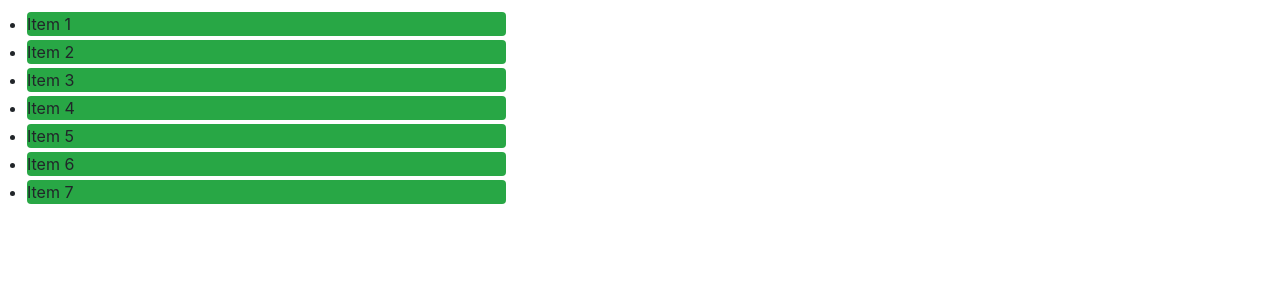
Repository: yatharth-vataliya/the-core-php-js
Page: http://localhost/prac_17.php
The author's editor kept a copy of each file at every save. The page is drawn from the files as they stood at one save, then again after the next save.
The browser window is 1280 px wide. The pictures show the whole page.
Some web libraries are served in a nearby version. The page is run by PHP 8.4 with error messages shown; the project is at /var/www/html/. The database holds what the project's SQL file puts in it.

Above is the page before, as saved 2020-12-26 13:02:57.

### prac_17.php
<?php

require_once("db.php");

$st = $pdo->prepare('SELECT * FROM sort_it ORDER BY order_id ASC');
$st->execute();

$data = $st->fetchAll(PDO::FETCH_OBJ);

?>
<!doctype html>
<html lang="en">
<head>
  <!-- Required meta tags -->
  <meta charset="utf-8">
  <meta name="viewport" content="width=device-width, initial-scale=1, shrink-to-fit=no">

  <!-- Bootstrap CSS -->
  <link rel="stylesheet" href="https://cdn.jsdelivr.net/npm/bootstrap@4.5.3/dist/css/bootstrap.min.css" integrity="sha384-TX8t27EcRE3e/ihU7zmQxVncDAy5uIKz4rEkgIXeMed4M0jlfIDPvg6uqKI2xXr2" crossorigin="anonymous">
  <link rel="stylesheet" href="https://code.jquery.com/ui/1.12.1/themes/base/jquery-ui.css">
  <style>

  </style>
  <title>Title</title>
</head>
<body>
  <div class="container-fluid">
    <div class="row">
      <div class="col-md-5">
        <ul id="sortable" class="p-2">
          <li class="m-1 bg-success rounded">Item 1</li>
          <li class="m-1 bg-success rounded">Item 2</li>
          <li class="m-1 bg-success rounded">Item 3</li>
          <li class="m-1 bg-success rounded">Item 4</li>
          <li class="m-1 bg-success rounded">Item 5</li>
          <li class="m-1 bg-success rounded">Item 6</li>
          <li class="m-1 bg-success rounded">Item 7</li>
        </ul>
      </div>
    </div>
  </div>
  <script src="https://code.jquery.com/jquery-3.5.1.js"></script>
  <script src="https://cdn.jsdelivr.net/npm/bootstrap@4.5.3/dist/js/bootstrap.bundle.min.js"></script>
  <script src="https://code.jquery.com/ui/1.12.1/jquery-ui.js"></script>

  <script>
    $( function() {
      $( "#sortable" ).sortable();
      $( "#sortable" ).disableSelection();
    });
  </script>

</body>
</html>

### db.php
<?php
$dsn = 'mysql:host=localhost;dbname=practice';
$username = 'root';
$password = 'rootroot';
$options = array(
	PDO::MYSQL_ATTR_INIT_COMMAND => 'SET NAMES utf8',
	PDO::ATTR_ERRMODE => PDO::ERRMODE_EXCEPTION
);

$pdo = new PDO($dsn, $username, $password, $options);
?>

### practice.sql (the tables this page reads)
CREATE TABLE `sort_it` (
  `id` int(11) NOT NULL,
  `product_name` varchar(100) NOT NULL,
  `description` varchar(200) DEFAULT NULL,
  `order_id` int(11) NOT NULL DEFAULT '0'
) ENGINE=InnoDB DEFAULT CHARSET=utf8mb4;

INSERT INTO `sort_it` (`id`, `product_name`, `description`, `order_id`) VALUES
(1, 'Kristy Adams', 'Quam ut perferendis vel magnam. Enim deleniti illo doloribus est praesentium. Aliquam aliquam enim autem et dolore. Neque labore deleniti et incidunt.', 6),
(2, 'Yadira Thiel', 'Dignissimos consequatur quidem ea architecto et. Aut asperiores nesciunt velit repellendus error provident dolorum. Qui eos aut in praesentium qui magnam voluptatem.', 7),
(3, 'Mr. Darien Kertzmann', 'Sapiente quaerat consequuntur rem quia. Architecto facere numquam qui. Velit eligendi ex quia qui ipsum.', 1),
(4, 'Dr. Favian Conroy', 'Doloribus similique repellendus nihil explicabo dicta. Similique minima quis mollitia officiis temporibus libero. Sunt sit qui autem consequatur et. Corrupti sed earum delectus voluptatem.', 2),
(5, 'Florian Veum', 'Totam ut vel natus repudiandae quas. Vel quia similique sint. Qui quo architecto culpa dolorem. Rem quos recusandae quas.', 8),
(6, 'Breanne Eichmann', 'Eum ea et sunt ratione quo. Veritatis iusto incidunt et dolor beatae officiis ipsum. Est placeat labore et molestiae ex est. Excepturi et veritatis sunt expedita.', 3),
(7, 'Mattie O\'Kon', 'Quibusdam dolores commodi alias quam eaque et qui. Doloribus ut ipsam tenetur odit quia assumenda ipsam. Sit sed veniam nostrum quis deleniti. Vel ea dolorem eum doloremque.', 4),
(8, 'Mr. Declan Yundt PhD', 'Quaerat et voluptatibus eos. Unde voluptas repellat est qui fugiat sit. Soluta amet est perspiciatis harum ea. Maxime dolorem quam aliquam id. At aut recusandae est consequatur mollitia dolorem unde.', 5),
(9, 'Bianka McCullough', 'Officia ut in et molestias cupiditate qui modi. Quia voluptatem sed rem cupiditate rerum. Enim nihil eligendi assumenda porro.', 6),
(10, 'Prof. Karl Heller MD', 'Aut consectetur sed sunt minus. Dolores quidem aut facilis aut. Accusantium explicabo laudantium consequatur aut similique qui.', 9);

ALTER TABLE `sort_it`
  ADD PRIMARY KEY (`id`);

ALTER TABLE `sort_it`
  MODIFY `id` int(11) NOT NULL AUTO_INCREMENT, AUTO_INCREMENT=11;

After the next save:
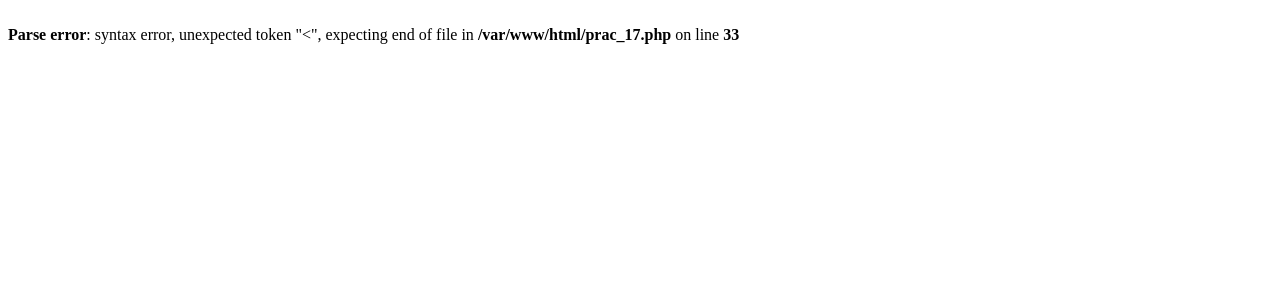
Saved 3 min 52 s later.
--- a/prac_17.php
+++ b/prac_17.php
@@ -28,13 +28,8 @@ $data = $st->fetchAll(PDO::FETCH_OBJ);
     <div class="row">
       <div class="col-md-5">
         <ul id="sortable" class="p-2">
-          <li class="m-1 bg-success rounded">Item 1</li>
-          <li class="m-1 bg-success rounded">Item 2</li>
-          <li class="m-1 bg-success rounded">Item 3</li>
-          <li class="m-1 bg-success rounded">Item 4</li>
-          <li class="m-1 bg-success rounded">Item 5</li>
-          <li class="m-1 bg-success rounded">Item 6</li>
-          <li class="m-1 bg-success rounded">Item 7</li>
+         <?php foreach($data as $dt): ?>
+         <?php endforeach;
         </ul>
       </div>
     </div>
